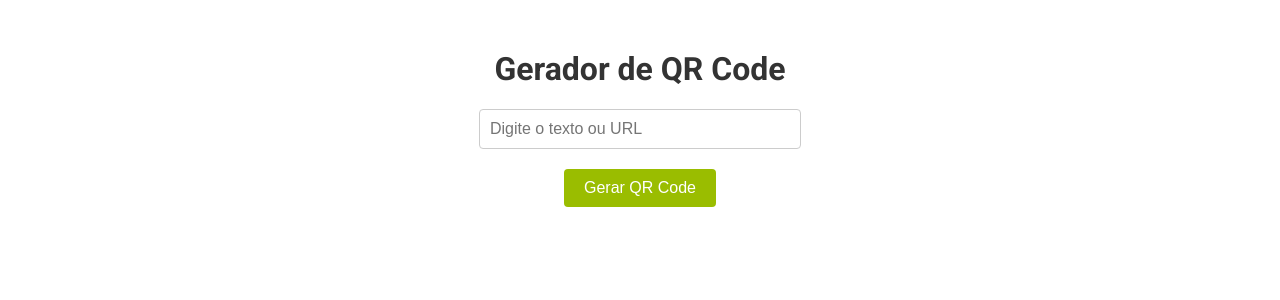
Repository: lenx0/QRCode-generator
Page: /
The author's editor kept a copy of each file at every save. The page is drawn from the files as they stood at one save, then again after the next save.
The browser window is 1280 px wide. The pictures show the whole page.
The project was rebuilt for these pictures with package versions that can differ from the ones it lists, and the page was loaded fresh each time. Also part of the build but not shown: vite.config.ts.

Above is the page before, as saved 2024-06-21 12:42:52.

### index.html
<!doctype html>
<html lang="en">
  <head>
    <meta charset="UTF-8" />
    <link rel="icon" type="image/svg+xml" href="/vite.svg" />
    <meta name="viewport" content="width=device-width, initial-scale=1.0" />
    <link href="https://fonts.googleapis.com/css2?family=Roboto:wght@400;700&display=swap" rel="stylesheet">

    <title>Vite + React + TS</title>
  </head>
  <body>
    <div id="root"></div>
    <script type="module" src="/src/main.tsx"></script>
  </body>
</html>

### src/App.tsx
import QRCode from "./QRCode"
import "./App.css"

function App() {
  return (
    <QRCode />
  )
}

export default App

### src/QRCode.tsx
import React, { useState, ChangeEvent } from 'react';
import QRCode from 'qrcode.react';

const QRCodeGenerator: React.FC = () => {
  const [inputText, setInputText] = useState<string>('');
  const [qrCodeValue, setQrCodeValue] = useState<string>('');

  const handleChange = (e: ChangeEvent<HTMLInputElement>) => {
    setInputText(e.target.value);
  };

  const generateQRCode = () => {
    setQrCodeValue(inputText);
  };

  return (
    <div style={{ textAlign: 'center', marginTop: '50px' }}>
      <h1>Gerador de QR Code</h1>
      <input
        type="text"
        value={inputText}
        onChange={handleChange}
        placeholder="Digite o texto ou URL"
        style={{ padding: '10px', width: '300px', marginBottom: '20px' }}
      />
      <br />
      <button onClick={generateQRCode} style={{ padding: '10px 20px', cursor: 'pointer' }}>
        Gerar QR Code
      </button>
      <div style={{ marginTop: '30px' }}>
        {qrCodeValue && <QRCode value={qrCodeValue} />}
      </div>
    </div>
  );
};

export default QRCodeGenerator;

### src/App.css
body {
  font-family: 'Roboto', sans-serif;
}

.App {
  display: flex;
  justify-content: center;
  align-items: center;
  height: 100vh;
  background-color: #f0f0f0;
}

h1 {
  color: #333;
}

input {
  font-size: 16px;
  border: 1px solid #ccc;
  border-radius: 4px;
}

button {
  font-size: 16px;
  border: none;
  border-radius: 4px;
  background-color: #9abd00;
  color: white;
}

button:hover {
  background-color: #0056b3;
}

Loaded but not shown: src/main.tsx (common file); src/index.css (common file)

After the next save:
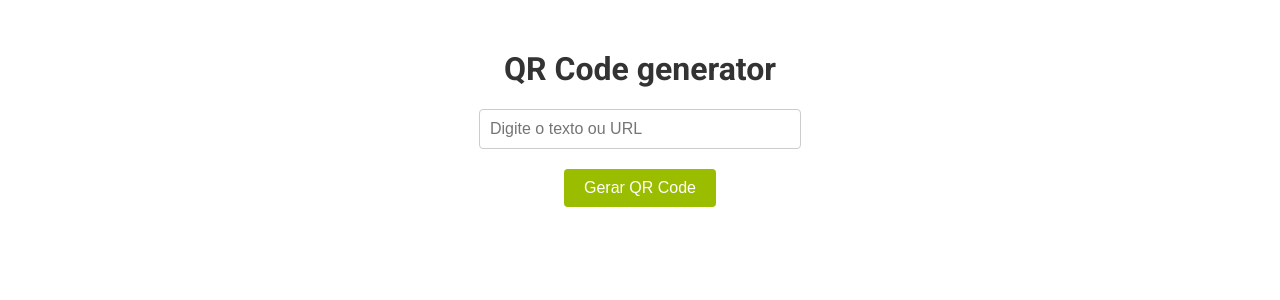
Saved 17 s later.
--- a/src/QRCode.tsx
+++ b/src/QRCode.tsx
@@ -15,7 +15,7 @@ const QRCodeGenerator: React.FC = () => {
 
   return (
     <div style={{ textAlign: 'center', marginTop: '50px' }}>
-      <h1>Gerador de QR Code</h1>
+      <h1>QR Code generator</h1>
       <input
         type="text"
         value={inputText}
